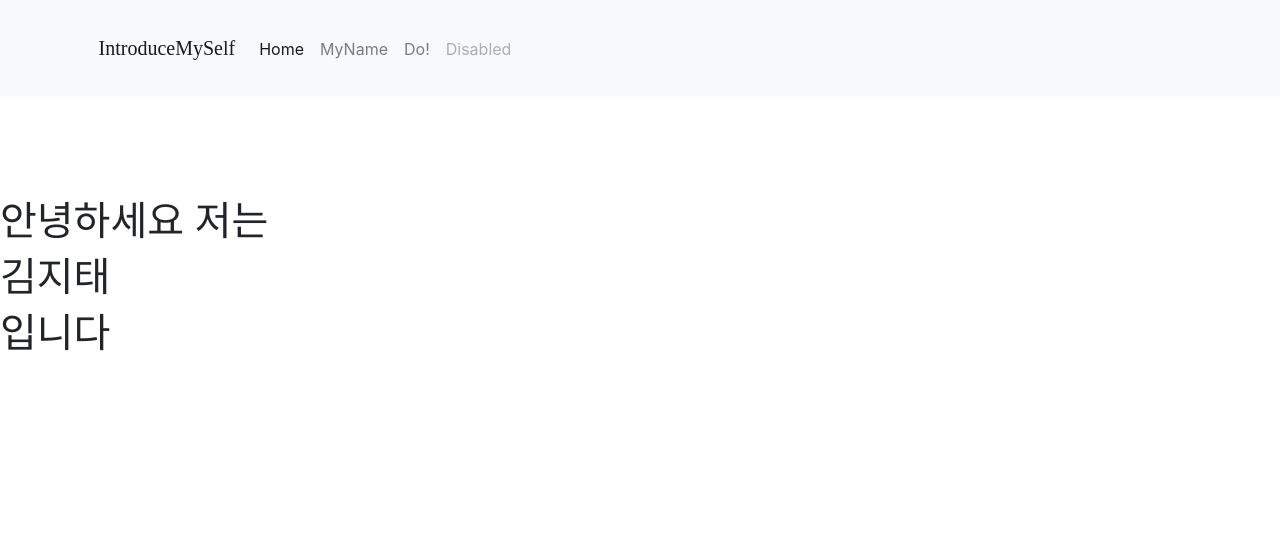
Repository: wlxo0401/IntroduveMySelf
Page: IntroduceMySelf/WebContent/Index.html
An editor plug-in stored every save of this project. The page is shown before and after the next save, followed by the edit.
The browser window is 1280 px wide. The pictures show the whole page.

Above is the page before, as saved 2020-03-11 05:38:49.

### IntroduceMySelf/WebContent/Index.html
<!DOCTYPE html>
<html>
  <head>
    <!-- Required meta tags -->
    <meta charset="utf-8">
    <meta name="viewport" content="width=device-width, initial-scale=1, shrink-to-fit=no">

    <!-- Bootstrap CSS -->
    <link rel="stylesheet" href="https://stackpath.bootstrapcdn.com/bootstrap/4.4.1/css/bootstrap.min.css" integrity="sha384-Vkoo8x4CGsO3+Hhxv8T/Q5PaXtkKtu6ug5TOeNV6gBiFeWPGFN9MuhOf23Q9Ifjh" crossorigin="anonymous">

    <title>Hello, world!</title>
    <link rel = "stylesheet" href = "style.css">
  </head>
<body>

<div id = "wrap">
	<!-- header -->
	<div id = "header">
		<nav class="navbar navbar-expand-lg navbar-light bg-light nav-distance">
			<a class="navbar-brand" href="#">IntroduceMySelf</a>
		  	<button class="navbar-toggler" type="button" data-toggle="collapse" data-target="#navbarNav" aria-controls="navbarNav" aria-expanded="false" aria-label="Toggle navigation">
		    	<span class="navbar-toggler-icon"></span>
		  	</button>
		  	<div class="collapse navbar-collapse" id="navbarNav">
		    	<ul class="navbar-nav">
		      		<li class="nav-item active">
		        		<a class="nav-link" href="#">Home <span class="sr-only">(current)</span></a>
		      		</li>
		      		<li class="nav-item">
		        		<a class="nav-link" href="#">MyName</a>
		      		</li>
		      		<li class="nav-item">
		        		<a class="nav-link" href="#">Do!</a>
		      		</li>
		      		<li class="nav-item">
		        		<a class="nav-link disabled" href="#" tabindex="-1" aria-disabled="true">Disabled</a>
		      		</li>
		    	</ul>
			</div>
		</nav>
	</div>
	<!-- //header -->
	<!-- container -->
	<div id = "container">
		<h1 id = maintitle2>안녕하세요 저는</h2>
		<h1 id = maintitle1>김지태</h1>
		<h1 id = maintitle2>입니다</h2>
	</div>
	<!-- //container -->
	<!-- footer -->
	<div id = "footer">

	</div>
	<!-- //footer -->
</div>
<!-- Optional JavaScript -->
<!-- jQuery first, then Popper.js, then Bootstrap JS -->
<script src="https://code.jquery.com/jquery-3.4.1.slim.min.js" integrity="sha384-J6qa4849blE2+poT4WnyKhv5vZF5SrPo0iEjwBvKU7imGFAV0wwj1yYfoRSJoZ+n" crossorigin="anonymous"></script>
<script src="https://cdn.jsdelivr.net/npm/popper.js@1.16.0/dist/umd/popper.min.js" integrity="sha384-Q6E9RHvbIyZFJoft+2mJbHaEWldlvI9IOYy5n3zV9zzTtmI3UksdQRVvoxMfooAo" crossorigin="anonymous"></script>
<script src="https://stackpath.bootstrapcdn.com/bootstrap/4.4.1/js/bootstrap.min.js" integrity="sha384-wfSDF2E50Y2D1uUdj0O3uMBJnjuUD4Ih7YwaYd1iqfktj0Uod8GCExl3Og8ifwB6" crossorigin="anonymous"></script>
</body>
</html>

### IntroduceMySelf/WebContent/style.css
body{
	background-color: #ffffff
}

#container{
	margin-top: 100px;
}

.maintitle1{
	font-family: NanumSquareR;
	font-size: 100px;
	line-height: 1.67;
	text-align: center;
	color: #354655d;
	margin-top: 50px;
	margin-bottom: 50px;
}


.maintitle2{
	font-family: NanumSquareR;
	font-size: 44.5px;
	line-height: 1.67;
	text-align: center;
	color: #354655d;
}


.nav-distance{
	padding: 2.1% 7.7%
}

.navbar-brand{
	font-family: NanumSquareR;
	line-height: 1.68;
	text-align: left;
	color: #35465d;
}


/* On screens that are 600px or less, set the background color to olive */
@media screen and (max-width: 600px) {
  html {
    font-size: 10px;
  }
  .navbar-brand{
  	font-size: 2rem;
  }
}

After the next save:
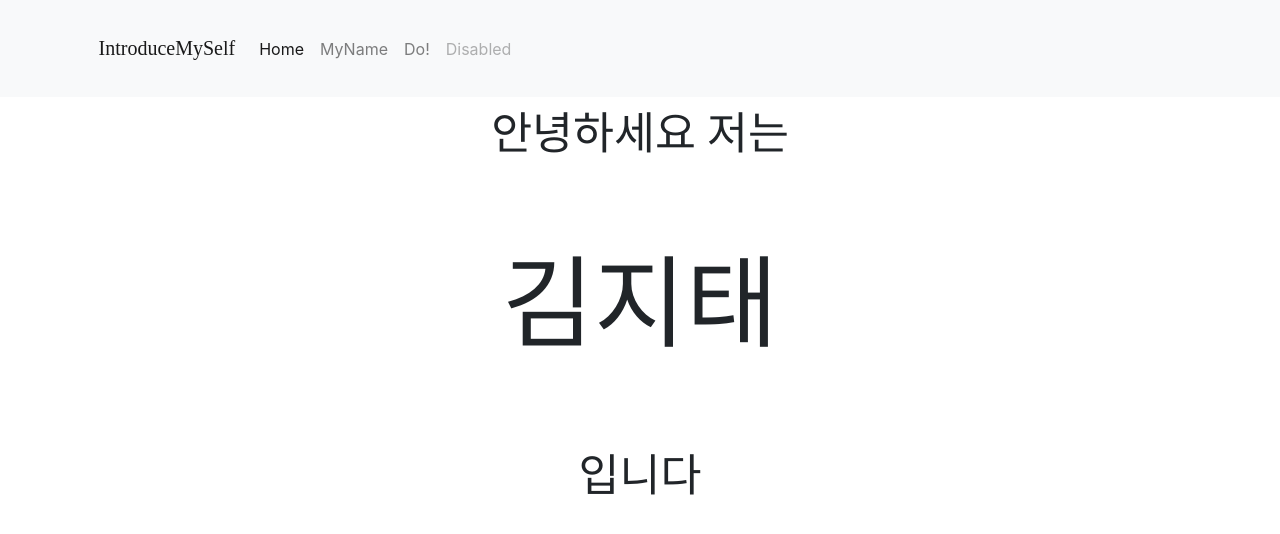
Saved 19 s later.
--- a/IntroduceMySelf/WebContent/Index.html
+++ b/IntroduceMySelf/WebContent/Index.html
@@ -41,10 +41,10 @@
 	</div>
 	<!-- //header -->
 	<!-- container -->
-	<div id = "container">
-		<h1 id = maintitle2>안녕하세요 저는</h2>
-		<h1 id = maintitle1>김지태</h1>
-		<h1 id = maintitle2>입니다</h2>
+	<div class = "container">
+		<h1 class = maintitle2>안녕하세요 저는</h2>
+		<h1 class = maintitle1>김지태</h1>
+		<h1 class = maintitle2>입니다</h2>
 	</div>
 	<!-- //container -->
 	<!-- footer -->
